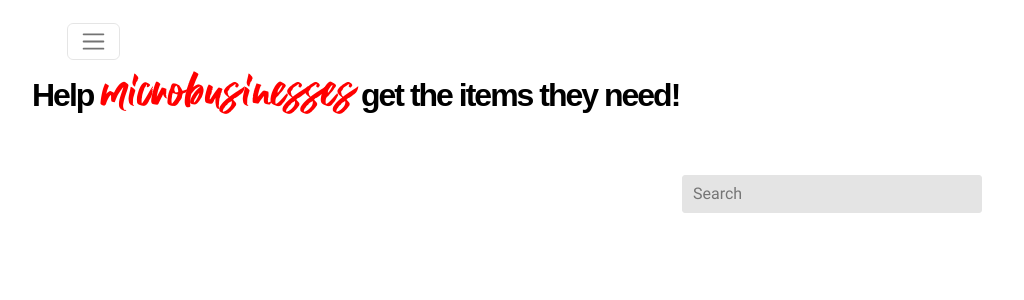
Repository: David-Waite/edableStyleChanges
Page: /
The author's editor kept a copy of each file at every save. The page is drawn from the files as they stood at one save, then again after the next save.
The browser window is 1024 px wide. The pictures show the whole page.
The project was rebuilt for these pictures with package versions that can differ from the ones it lists, and the page was loaded fresh each time. Also part of the build but not shown: src/components/Item/ProgressBar.css, src/components/Volunteer/Volunteer.tsx, src/components/DonorForm/Message.css, src/components/Volunteer/VolunteerError.tsx, src/components/Default.tsx, src/components/DonorForm/Paypal.tsx, src/components/DonorForm/DonorForm.tsx, src/components/Organisation/Organisation.module.css and 9 more.

Above is the page before, as saved 2022-10-27 17:57:55.

After the next save:
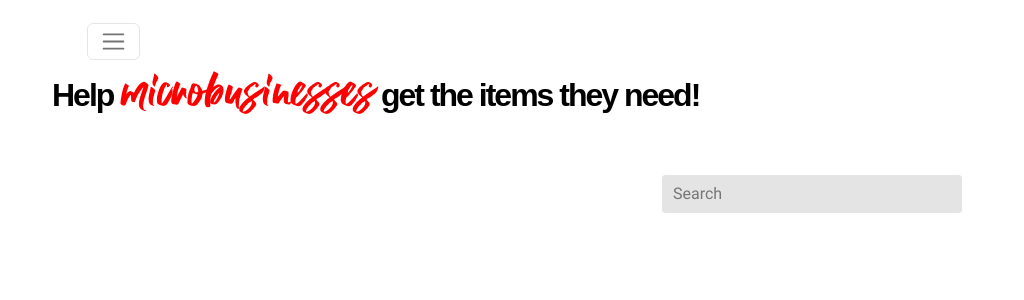
Saved 42 s later.
--- a/src/components/Landing/Landing.css
+++ b/src/components/Landing/Landing.css
@@ -98,7 +98,7 @@
 
 @media (max-width: 1040px) {
   .landing {
-    padding: 0 20px;
+    padding: 0 40px;
   }
 }
 /* #carousel-indicators {

After the save that followed:
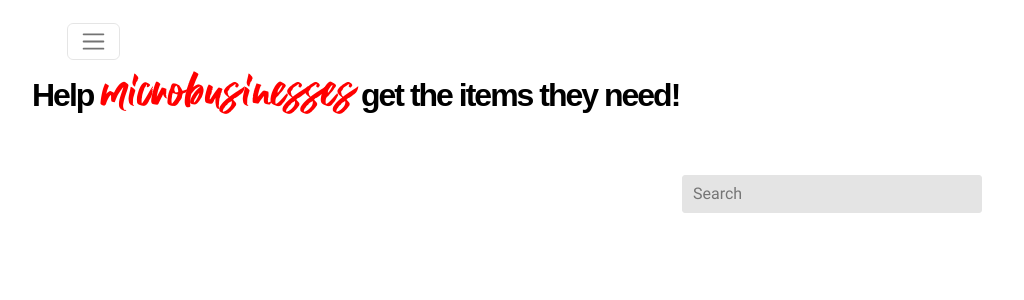
Saved 7 s later.
--- a/src/components/Landing/Landing.css
+++ b/src/components/Landing/Landing.css
@@ -98,7 +98,7 @@
 
 @media (max-width: 1040px) {
   .landing {
-    padding: 0 40px;
+    padding: 0 20px;
   }
 }
 /* #carousel-indicators {
